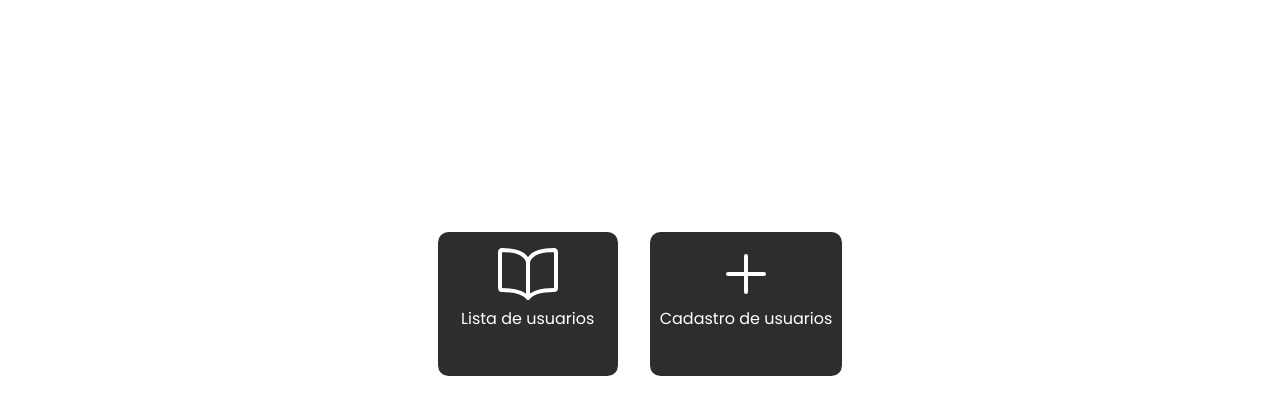
Repository: BeatrizFloriano96/myPagesSpeedLog
Page: html/usuarios.html
An editor plug-in stored every save of this project. The page is shown before and after the next save, followed by the edit.
The browser window is 1280 px wide. The pictures show the whole page.

Above is the page before, as saved 2022-01-29 13:17:14.

After the next save:
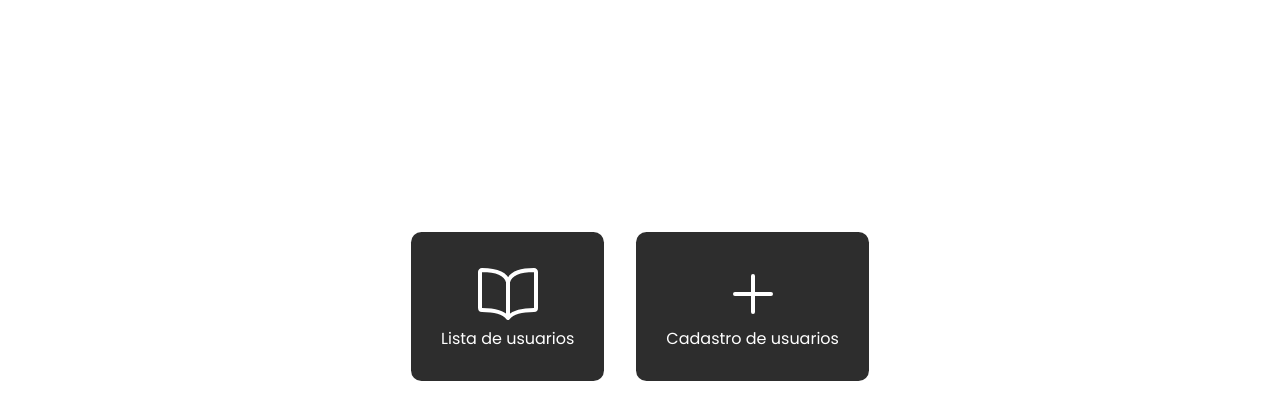
Saved 7 s later.
--- a/css/usuarios.css
+++ b/css/usuarios.css
@@ -15,7 +15,7 @@
         min-height: 20vh;
         min-width: 25vh;
         margin: 1rem;
-        padding: 10px;
+        padding: 30px;
         border-radius: 10.5px;
         text-align: center;
 
